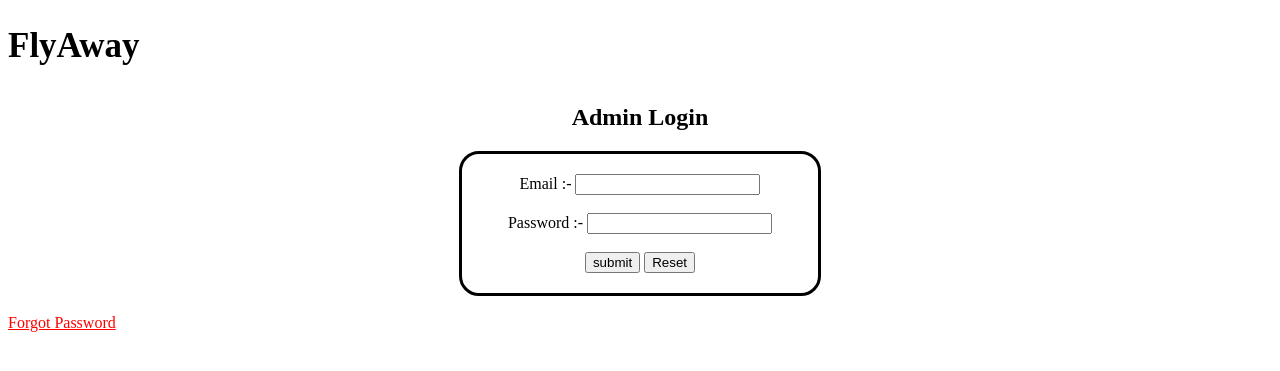
Repository: sachin3018/phase-2
Page: http://localhost/JSPServer/
The author's editor kept a copy of each file at every save. The page is drawn from the files as they stood at one save, then again after the next save.
The browser window is 1280 px wide. The pictures show the whole page.
The page is served by Tomcat 9. Other server files are loaded and not shown.

Above is the page before, as saved 2021-10-18 05:33:08.

### JSPServer/src/main/webapp/index.jsp
<%@ page language="java" contentType="text/html; charset=ISO-8859-1"
    pageEncoding="ISO-8859-1"%>
<!DOCTYPE html>
<html>
<head>
<meta charset="ISO-8859-1">
<title>Admin Page</title>
</head>
<body >
<br>
<a href=HomePage.jsp style="color:black;text-decoration:none ;font-size:35px;font-weight:bold;">FlyAway</a>
<br><br>
<center>
<h2>Admin Login</h2>
<div style="border:3px solid black;width:25%;border-radius:20px;padding:20px" align="center">
<form action="admin" method="post">
	<label for=email>Email :-</label> <input type="email" name=email id=email /><br><br>
	<label for=pass>Password :-</label> <input type="password" name=password id=pass /><br><br>
	<input type=submit value=submit /> <input type=reset />
</form>
</div>
</center><br>
<a href=ForgotPassword.jsp style="font-size:25;color:red;">Forgot Password</a>

<%
	String message=(String)session.getAttribute("message");
	if(message!=null){
%>
<p style="color:silver;"><%=message %></p>
<%
		session.setAttribute("message", null);
	}
%>
</body>
</html>

After the next save:
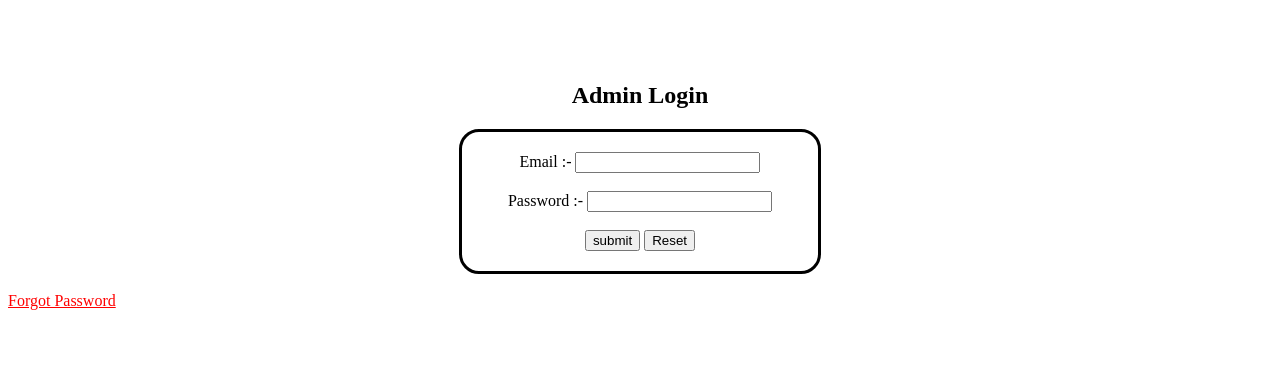
Saved 98 s later.
--- a/JSPServer/src/main/webapp/index.jsp
+++ b/JSPServer/src/main/webapp/index.jsp
@@ -8,7 +8,6 @@
 </head>
 <body >
 <br>
-<a href=HomePage.jsp style="color:black;text-decoration:none ;font-size:35px;font-weight:bold;">FlyAway</a>
 <br><br>
 <center>
 <h2>Admin Login</h2>
